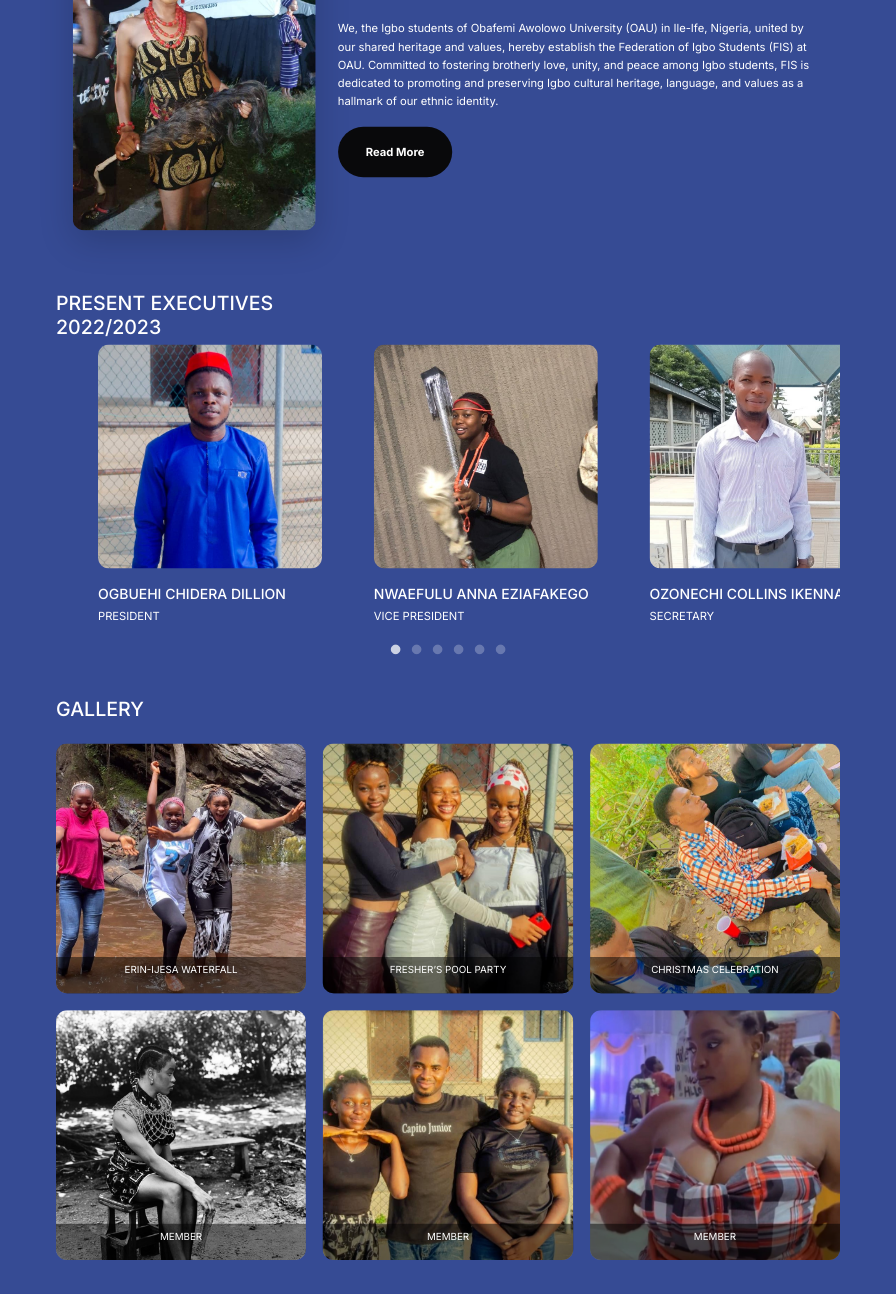
Repository: akinolapo/fis
Page: /, after clicking the first element matching `div.grid > div`
These files come from the project's save history. The page is drawn as it stood at one moment and after the next save; the edit follows.
The browser window is 1280 px wide. The pictures show the part of the page from y = 1263 to 3183 px (the page is 3111 px tall before and 3183 px after), at 70% of full size.
The project was rebuilt for these pictures with package versions that can differ from the ones it lists, and the page was loaded fresh each time. The framework's server and built-in components were replaced by stand-ins that run in the browser. Also part of the build but not shown: next.config.mjs.

Above is the page before, as saved 2024-05-06 12:44:54.

### app/layout.tsx
import type { Metadata } from "next";
import { Inter } from "next/font/google";
import "./globals.css";
import Header from "./components/Header/Header";
import Head from "next/head";



const inter = Inter({ subsets: ["latin"] });

export const metadata: Metadata = {
  title: "Federation of Igbo Student OAU",
  description: "Federation of Igbo Student OAU",
};

export default function RootLayout({
  children,
}: Readonly<{
  children: React.ReactNode;
}>) {
  return (
    <html lang="en">
       <Head>
        <meta charSet="utf-8" />
        <meta name="viewport" content="width=device-width, initial-scale=1" />
        <meta name="theme-color" content="#ffffff" />
        <link rel="manifest" href="/site.webmanifest" />
        <link rel="icon" href="/favicon.ico" />
        {/* Add any other meta tags you need */}
      </Head>
      <body className={inter.className}>
        <main className="px-6 lg:px-20">
        <Header/>
        {children}
        </main>
        </body>
    </html>
  );
}

### app/page.tsx
import About from "./components/About/About";
import Excos from "./components/Excos/Excos";
import Gallery from "./components/Gallery/Gallery";
import Hero from "./components/Hero/Hero";

export default function Home() {
  return (
    <main>
      <Hero/>
      <About/>
      <Excos/>
      <Gallery/>
    </main>
  );
}

### app/globals.css
@tailwind base;
@tailwind components;
@tailwind utilities;z

*{
  margin: 0;
  padding: 0;
}

body {
  background: #364B94 !important;
  color: #ffffff !important;
}

@layer utilities {
  .text-balance {
    text-wrap: balance;
  }
}

### app/components/Header/Header.tsx
import Image from "next/image";

const Header = () => {
  return (
    <header className="hidden justify-between items-center py-4 text-white lg:flex">
      {/* Logo and Site Title */}
      <div className="flex items-center">
        <Image src="/logo.png" alt="Logo" width={60} height={60} className="mr-2"  />
        <h1 className="text-lg font-bold">Federation of <br></br>Igbo Student<br></br> OAU</h1>
      </div>

      {/* Menu */}
      <nav className="flex justify-center flex-grow">
        <ul className="flex gap-1">
          <li className="cursor-pointer hover:text-gray-400 p-8">Home</li>
          <li className="cursor-pointer hover:text-gray-400 p-8">About Us</li>
          <li className="cursor-pointer hover:text-gray-400 p-8">Gallery</li>
          <li className="cursor-pointer hover:text-gray-400 p-8">Executive</li>
          <li className="cursor-pointer hover:text-gray-400 p-8">Contact Us</li>
        </ul>
      </nav>

      {/* Join Us Button */}
      <button className="rounded-full py-4 px-10 bg-zinc-950 hover:bg-black text-white">
        Join Us
      </button>
    </header>
  );
};

export default Header;

### app/components/About/About.tsx
import Image from "next/image";


const About = () => {
  return (
    <div className="flex flex-col md:flex-row items-center justify-center md:justify-start px-4 py-8 md:py-16">
      <div className="md:w-1/3 mr-0 md:mr-8 mb-4 md:mb-0">
        <Image
          src="/images/about.jpeg"
          alt="About Image"
          className="w-full h-auto shadow-lg rounded-2xl"
          width={339}
          height={339}
        />
      </div>
      <div className="md:w-2/3">
        <h2 className="text-2xl md:text-3xl font-bold mb-4">About Us</h2>
        <p className="leading-relaxed mb-4">
        We, the Igbo students of Obafemi Awolowo University (OAU) in Ile-Ife, Nigeria, united by our shared heritage and values, hereby establish the Federation of Igbo Students (FIS) at OAU. Committed to fostering brotherly love, unity, and peace among Igbo students, FIS is dedicated to promoting and preserving Igbo cultural heritage, language, and values as a hallmark of our ethnic identity.
        </p>
        <button className="bg-zinc-950 hover:bg-black text-white font-bold py-4 px-10 rounded-full focus:outline-none focus:shadow-outline">
          Read More
        </button>
      </div>
    </div>
  );
};

export default About;

### app/components/Excos/Excos.tsx
import React from 'react'
import Members from '../Slider/Members'

const Excos = () => {
  return (
    <div>
        <h3>PRESENT EXECUTIVES<br></br> 2022/2023</h3>
        <Members/>
    </div>
  )
}

export default Excos

### app/components/Gallery/Gallery.tsx
"use client";

// Gallery.tsx

import React, { useState } from "react";
import Image from "next/image";

// Sample data for gallery images with captions
const galleryImages = [
  { src: "/images/gallery1.jpeg", caption: "ERIN-IJESA WATERFALL" },
  { src: "/images/gallery2.jpeg", caption: "FRESHER’S POOL PARTY" },
  { src: "/images/gallery3.jpeg", caption: "CHRISTMAS CELEBRATION" },
  { src: "/images/gallery4.jpeg", caption: "MEMBER" },
  { src: "/images/gallery5.jpeg", caption: "MEMBER" },
  { src: "/images/gallery6.jpeg", caption: "MEMBER" },
  // Add more images with captions here
];

const Gallery = () => {
  const [selectedImage, setSelectedImage] = useState("");
  const [currentIndex, setCurrentIndex] = useState(0);

  // Function to handle image click
  const handleImageClick = (image: string, index: number) => {
    setSelectedImage(image);
    setCurrentIndex(index);
  };

  // Function to handle next image click
  const handleNext = () => {
    if (currentIndex < galleryImages.length - 1) {
      setCurrentIndex(currentIndex + 1);
      setSelectedImage(galleryImages[currentIndex + 1].src);
    }
  };

  // Function to handle previous image click
  const handlePrev = () => {
    if (currentIndex > 0) {
      setCurrentIndex(currentIndex - 1);
      setSelectedImage(galleryImages[currentIndex - 1].src);
    }
  };

  // Function to close the full-size image view
  const handleClose = () => {
    setSelectedImage("");
  };

  return (
    <div className="py-5">
      <h3 className="mb-8">GALLERY</h3>
      <div className="grid grid-cols-1 md:grid-cols-2 lg:grid-cols-3 gap-4">
        {galleryImages.map((image, index) => (
          <div key={index} onClick={() => handleImageClick(image.src, index)}>
            <div className="relative">
              <Image
                src={image.src}
                alt={`Image ${index}`}
                width={500}
                height={500}
                className="rounded-2xl"
              />
              <div className="absolute inset-x-0 bottom-0 bg-black bg-opacity-50 text-white p-2 rounded-b-2xl">
                <p className="text-sm text-center">{image.caption}</p>
              </div>
            </div>
          </div>
        ))}

        {/* Full-size image modal */}
        {selectedImage && (
          <div
            className="fixed top-0 left-0 w-full h-full bg-gray-900 bg-opacity-75 flex justify-center items-center z-10"
            onClick={handleClose}
          >
            <div className="relative" onClick={(e) => e.stopPropagation()}>
              <button
                className="absolute top-4 right-4 bg-black bg-opacity-50 text-white text-lg p-2 rounded-full"
                onClick={handleClose}
              >
                Close
              </button>
              <Image
                src={selectedImage}
                alt={`Image ${currentIndex}`}
                width={600}
                height={600}
              />
              {currentIndex > 0 && (
                <button
                  className="absolute top-1/2 left-4 transform -translate-y-1/2 text-white text-xl"
                  onClick={handlePrev}
                >
                  &lt;
                </button>
              )}
              {currentIndex < galleryImages.length - 1 && (
                <button
                  className="absolute top-1/2 right-4 transform -translate-y-1/2 text-white text-xl"
                  onClick={handleNext}
                >
                  &gt;
                </button>
              )}
              <div className="absolute bottom-4 left-0 right-0 text-white text-center">
                <p className="text-lg">{galleryImages[currentIndex].caption}</p>
              </div>
            </div>
          </div>
        )}
      </div>
    </div>
  );
};

export default Gallery;

### app/components/Hero/Hero.tsx
import Image from "next/image";
import Slider from "../Slider/Slider";

const Hero = () => {
  return (
    <div className="text-white py-20">
      <h2 className="text-4xl font-bold mb-4">
        Welcome to the Federation of Igbo Students
      </h2>
      <p className="text-lg mb-8">
        Empowering Tomorrow's Leaders, Preserving Igbo Heritage
      </p>
      <Slider/>
    </div>
  );
};

export default Hero;

### app/components/Slider/Members.tsx
'use client'

import React from 'react';
import Slider from 'react-slick';
import 'slick-carousel/slick/slick.css';
import 'slick-carousel/slick/slick-theme.css';

import './members.css'
import Image from 'next/image';

// Sample data for members
const membersData = [
  { id: 1, name: 'OGBUEHI CHIDERA DILLION', position: 'PRESIDENT', image: '/images/member1.jpg' },
  { id: 2, name: 'NWAEFULU ANNA EZIAFAKEGO', position: 'VICE PRESIDENT', image: '/images/member2.jpg' },
  { id: 3, name: 'OZONECHI COLLINS IKENNA', position: 'SECRETARY', image: '/images/member3.jpg' },
  { id: 4, name: 'UGWUEKE DANIEL IGWEBUIKE', position: 'FINANCIAL SECRETARY', image: '/images/member4.jpg' },
  { id: 5, name: 'OGONNAYA KELVIN', position: 'DIRECTOR OF SOCIALS ', image: '/images/member5.jpg' },
  { id: 6, name: 'UCHE U. DEBORAH', position: 'PUBLIC RELATIONS OFFICER', image: '/images/member6.jpg' },
  // Add more members here
];

const Members = () => {
  const settings = {
    dots: true,
    infinite: true,
    speed: 500,
    slidesToShow: 3, // Show 3 members at a time on desktop
    slidesToScroll: 1,
    arrows: false, // Hide arrow navigation
    responsive: [
      {
        breakpoint: 1024, // Tablet
        settings: {
          slidesToShow: 2, // Show 2 members at a time on tablet
        },
      },
      {
        breakpoint: 600, // Mobile
        settings: {
          slidesToShow: 1, // Show 1 member at a time on mobile
        },
      },
    ],
  };

  return (
    <div className='relative'>
      <Slider {...settings}>
        {membersData.map((member) => (
          <div key={member.id} className='mb-10'>
            <Image src={member.image} alt={member.name} width={320} height={320} className='rounded-2xl mb-6' />
            <h5>{member.name}</h5>
            <p>{member.position}</p>
          </div>
        ))}
      </Slider>
    </div>
  );
};

export default Members;

### app/components/Slider/Slider.tsx
'use client'
import { Carousel } from 'react-bootstrap'
import Image from 'next/image'

import './slider.css'
import './bootstrap.min.css';

const Slider = () => {
  return (
    <section className="slider-head">
      <Carousel className="slider" pause={false} interval={4000}>
        <Carousel.Item className="sliderWrapper">
          <div className="slideImg">
            <Image
              src="/images/hero1.jpg"
              alt="promotion"
              width={720}
              height={480}
              className="imageOverlay"
            />
          </div>
        </Carousel.Item>

        <Carousel.Item className="sliderWrapper">
          <div className="slideImg">
            <Image
              src="/images/hero2.jpg"
              alt="promotion"
              width={720}
              height={480}
              className="imageOverlay"
            />
          </div>
        </Carousel.Item>

        <Carousel.Item className="sliderWrapper">
          <div className="slideImg">
            <Image
              src="/images/hero3.jpg"
              alt="promotion"
              width={720}
              height={480}
              className="imageOverlay"
            />
          </div>
        </Carousel.Item>
      </Carousel>
    </section>
  )
}

export default Slider

### app/components/Slider/members.css
  /* members.css */

/* Override default slider styles */
.slick-slider {
    width: 100%; /* Ensure the slider spans the full width of its container */
  }

  .slick-list {
    overflow: hidden; /* Hide overflow to prevent slider from extending beyond its container */
  }

  .slick-track {
    display: flex !important; /* Ensure the track uses flexbox layout */
  }

  .slick-slide {
    flex: 0 0 auto; /* Prevent slides from growing or shrinking */
    margin-right: 20px; /* Adjust the gap size between slides */
  }

  .slick-dots {
    position: absolute; /* Position the dots container absolutely */
    bottom: 10px; /* Adjust the vertical position as needed */
    left: 50%; /* Center the dots horizontally */
    transform: translateX(-50%); /* Center the dots horizontally */
    z-index: 1; /* Ensure dots are above the slides */
  }

  .slick-dots li {
    display: inline-block; /* Display dots horizontally */
  }

  .slick-dots li button:before {
    color: white !important; /* Change bullet dot color to white */
    font-size: 16px;
  }

  /* Adjust Image component styling */
  .Image {
    display: block;
    width: 100%;
    height: auto;
  }

### app/components/Slider/slider.css
/* slider.css */

.slider {
    position: relative;
  }


  .slideImg {
    position: relative;
  }

  .imageOverlay {
    width: 100%;
    height: auto;
    border-radius: 10px;
  }

Loaded but not shown: app/components/Slider/bootstrap.min.css (library); tailwind.config.ts (common file)

After the next save:
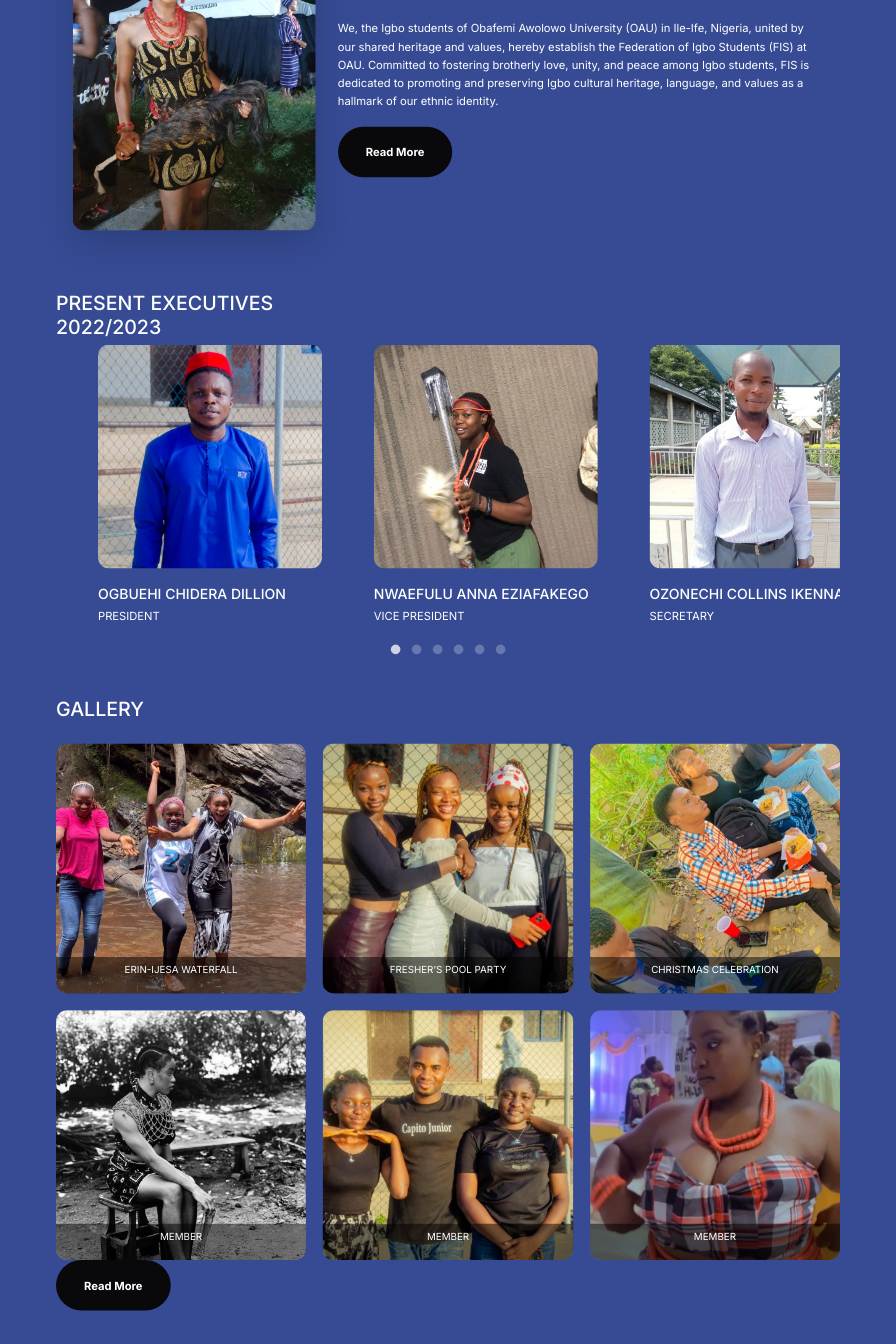
Saved 73 s later.
--- a/app/components/Gallery/Gallery.tsx
+++ b/app/components/Gallery/Gallery.tsx
@@ -110,6 +110,9 @@ const Gallery = () => {
           </div>
         )}
       </div>
+      <button className="bg-zinc-950 hover:bg-black text-white font-bold py-4 px-10 rounded-full focus:outline-none focus:shadow-outline">
+          Read More
+        </button>
     </div>
   );
 };
